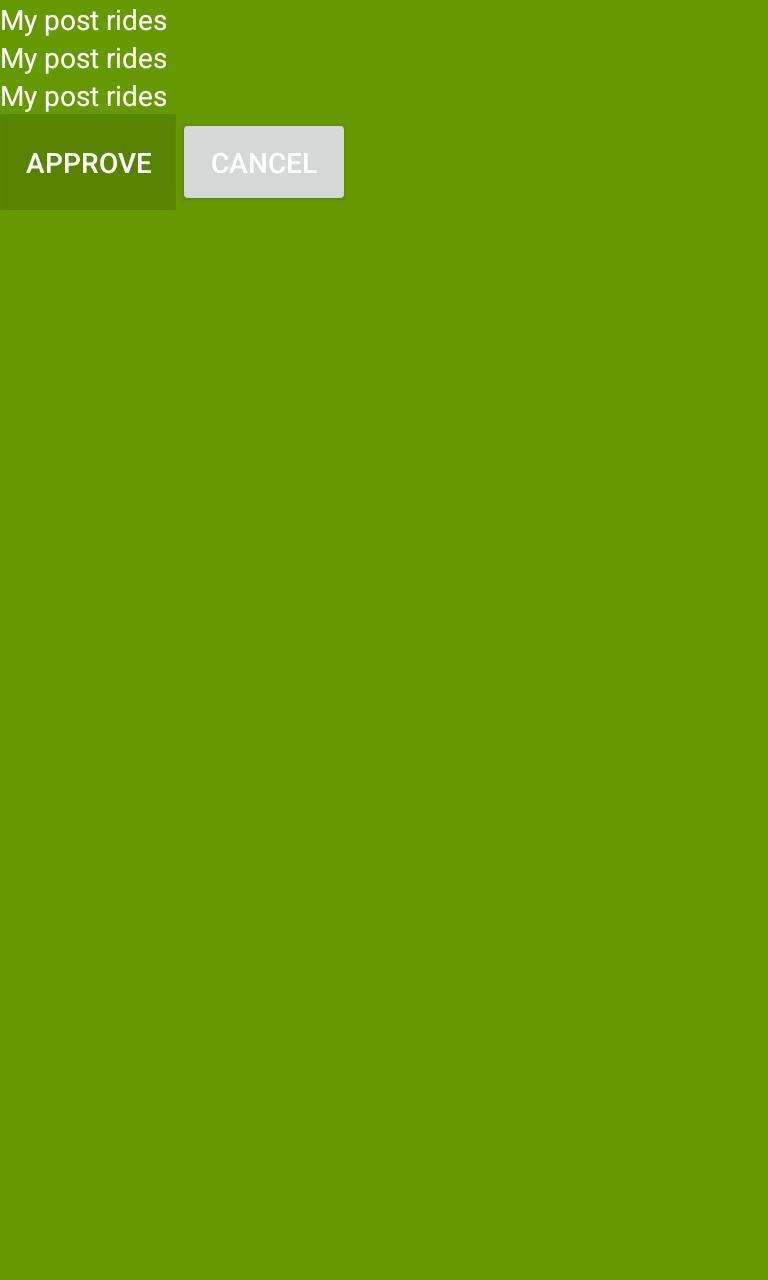
Repository: bwoldemi/LilyTrans
Layout: TransLily/res/layout/list_user_books.xml
An editor plug-in stored every save of this project. The layout is shown before and after the next save, followed by the edit.
It is drawn on a 768 x 1280 px phone screen (xhdpi) without system bars, with theme AppTheme; the app's code is not run.

Above is the layout before, as saved 2014-10-21 21:49:16.

### TransLily/res/layout/list_user_books.xml
<?xml version="1.0" encoding="utf-8"?>
<LinearLayout xmlns:android="http://schemas.android.com/apk/res/android"
    android:layout_width="match_parent"
    android:layout_height="match_parent"
    android:background="@color/background"
    android:orientation="vertical" >

    <TextView
        android:id="@+id/tv_name_rserved_post_rides"
        android:layout_width="fill_parent"
        android:layout_height="wrap_content"
        android:text="@string/My_Post_rides"
        android:textColor="@color/text_color" />

    <TextView
        android:id="@+id/tv_phonenuber_rserved_post_rides"
        android:layout_width="fill_parent"
        android:layout_height="wrap_content"
        android:text="@string/My_Post_rides"
        android:textColor="@color/text_color" />

    <TextView
        android:id="@+id/tv_status_rserved_post_rides"
        android:layout_width="fill_parent"
        android:layout_height="wrap_content"
        android:text="@string/My_Post_rides"
        android:textColor="@color/text_color" />

    <LinearLayout
        android:layout_width="fill_parent"
        android:layout_height="wrap_content"
        android:orientation="horizontal" >

        <Button
            android:id="@+id/button_cancel_rserved_post_rides"
            android:layout_width="wrap_content"
            android:layout_height="wrap_content"
            android:background="?android:attr/dividerVertical"
            android:text="@string/approve"
            android:textColor="@color/text_color"
            />

        <Button
            android:id="@+id/button_approve_rserved_post_rides"
            android:layout_width="wrap_content"
            android:layout_height="wrap_content"
            android:text="@string/cancel"
            android:textColor="@color/text_color" />
    </LinearLayout>

</LinearLayout>

### TransLily/res/values/strings.xml
<?xml version="1.0" encoding="utf-8"?>
<resources>

    <string name="app_name">TransLily</string>
    <string name="hello_world">Hello world!</string>
    <string name="action_settings">Settings</string>
    <string name="lily">LILY Transportation </string>
    <string name="from">From: </string>
    <string name="starting_location">Enter starting point</string>
    <string name="destination_point">To: </string>
    <string name="ending_location">Enter your destination</string>
    <string name="senior_name"> Name: </string>
    <string name="typein_name"> Enter your full name here</string>
    <string name="contact_info"> Phone Number: </string>
    <string name="phone_number"> e.g 0458749818 </string>
    <string name="button_askride"> Search rides</string>
    <string name="button_offerride"> Offer ride</string>
    <string name="pick_time"> Pick time </string>
    <string name="pick_date"> Pick date </string>
    <string name="title_activity_ask_ride">AskRideActivity</string>
    <string name="title_activity_booked_ride">BookedRideActivity</string>
    <string name="show_my_booked_rides">Show my booked rides</string>
    <string name="title_activity_post_ride">PostRideActivity</string>
    <string name="search_ride">Search ride </string>
    <string name="post_ride">Post ride </string>
    <string name="My_request_rides">My request rides </string>
    <string name="My_Post_rides">My post rides</string>
    <string name="welcome_message">Welcome To Lily Transport </string>
    <string name="service_provider">Service provider </string>
    <string name="taxi_id">Taxi id/ Name</string>
    <string name="starting_point">Starting point</string>
    <string name="destination"> Destination </string>
    <string name="date"> Date </string>
    <string name="number_of_person">Number of Person</string>
    <string name="comment">Comment </string>
    <string name="title_activity_my_post_rides">MyPostRides</string>
    <string name="title_activity_reserved_post_rides">ReservedPostRides</string>
    <string name="cancel">Cancel</string>
    <string name="approve">Approve</string>
    <string name="save">Save</string>
    <string name="please_enter_name_phone"> Please eneter your name and phonenumber</string>
    <string name="full_name">Full Name</string>
    <string name="com.lily.pre">com.lily.pre</string>
    <string name="save_changes">Save Changes</string>
	<string name="change_your_data">Change your data</string>
    <color name="text_color">#FFF</color>
    <color name="background">#669900</color>

    <string name="title_activity_basic_info">BasicInfoActivity</string>
    <string name="title_activity_setting">Setting</string>

</resources>

Loaded but not shown: TransLily/res/values/styles.xml (common file); TransLily/res/values-v11/styles.xml (common file); TransLily/res/values-v14/styles.xml (common file)

After the next save:
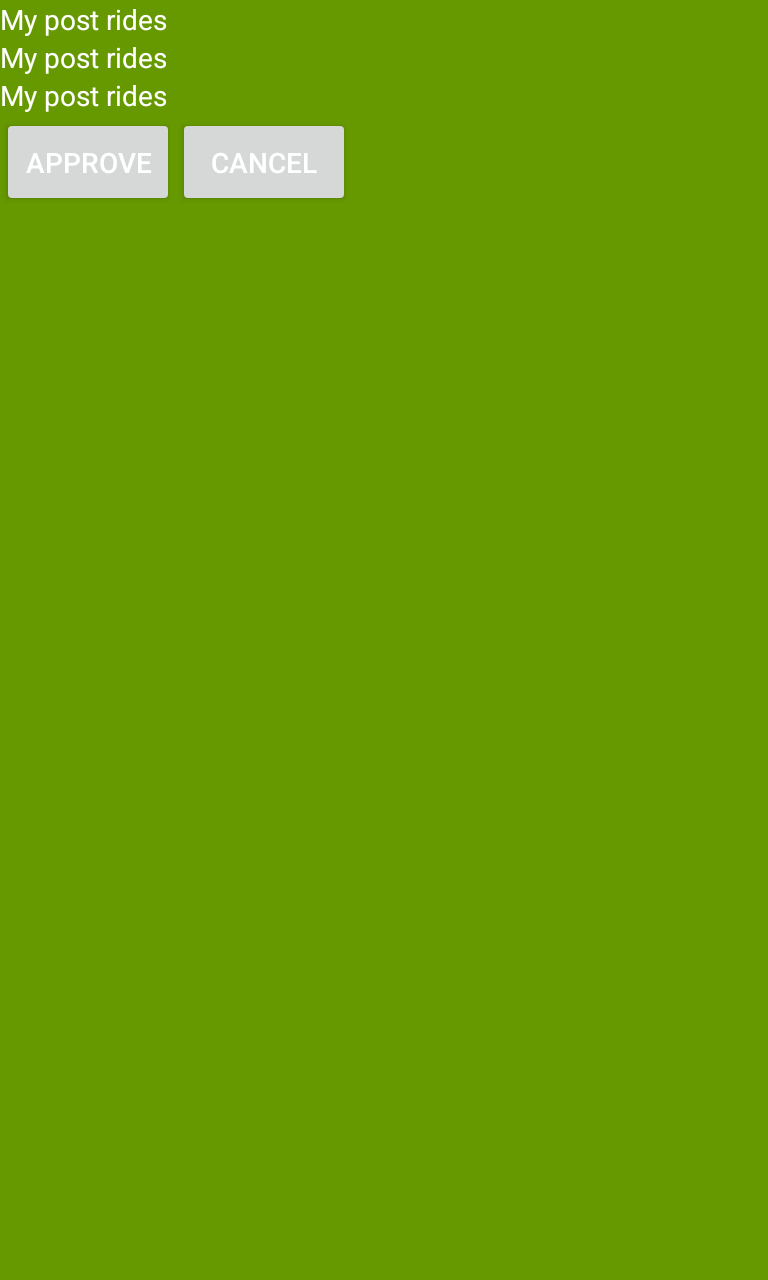
Saved 25 min 2 s later.
--- a/TransLily/res/layout/list_user_books.xml
+++ b/TransLily/res/layout/list_user_books.xml
@@ -35,7 +35,7 @@
             android:id="@+id/button_cancel_rserved_post_rides"
             android:layout_width="wrap_content"
             android:layout_height="wrap_content"
-            android:background="?android:attr/dividerVertical"
+
             android:text="@string/approve"
             android:textColor="@color/text_color"
             />
